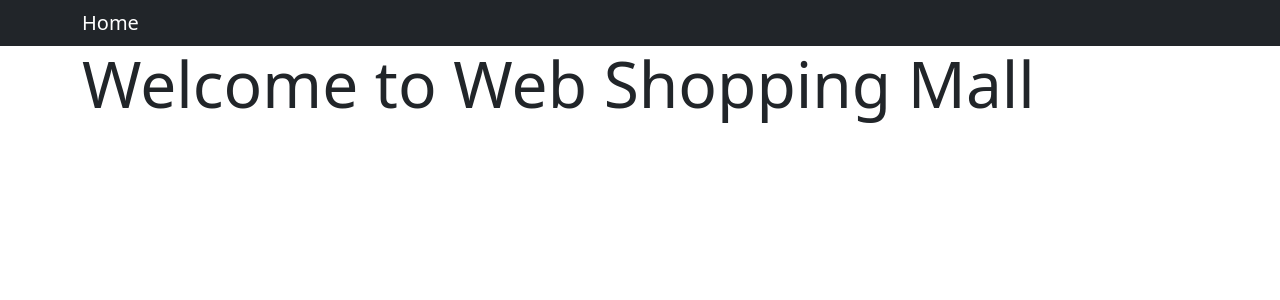
Repository: CheolHo-0428/JSP-Web-Programming
Page: http://localhost/WebMarket/welcome.jsp
These files come from the project's save history. The page is drawn as it stood at one moment and after the next save; the edit follows.
The browser window is 1280 px wide. The pictures show the whole page.
The page is served by Tomcat 9. Other server files are loaded and not shown.

Above is the page before, as saved 2021-05-06 14:46:05.

### WebMarket/src/main/webapp/welcome.jsp
<%@ page language="java" contentType="text/html; charset=UTF-8"
    pageEncoding="UTF-8"%>
<!DOCTYPE html>
<html>
<head>
<meta charset="UTF-8">
<title>Welcome</title>
</head>
<!-- Bootstrap CSS -->
    <link href="https://cdn.jsdelivr.net/npm/bootstrap@5.0.0/dist/css/bootstrap.min.css"
    	rel="stylesheet">
<body>
	<nav class="navbar navbar-expand navbar-dark bg-dark">
		<div class="container">
			<div class = "navbar-header">
				<a class = "navbar-brand" href="./welcome.jsp">Home</a>
			</div>
		</div>
	</nav>
	<%
		String greeting = "Welcome to Web Shopping Mall";
		String tagline = "Welcome to Web Market!";
	%>
	<div class = "jumbotron">
		<div class = "container">
			<h1 class = "display-3">
				<%= greeting %>
			</h1>
		</div>
	</div>


</body>
</html>

After the next save:
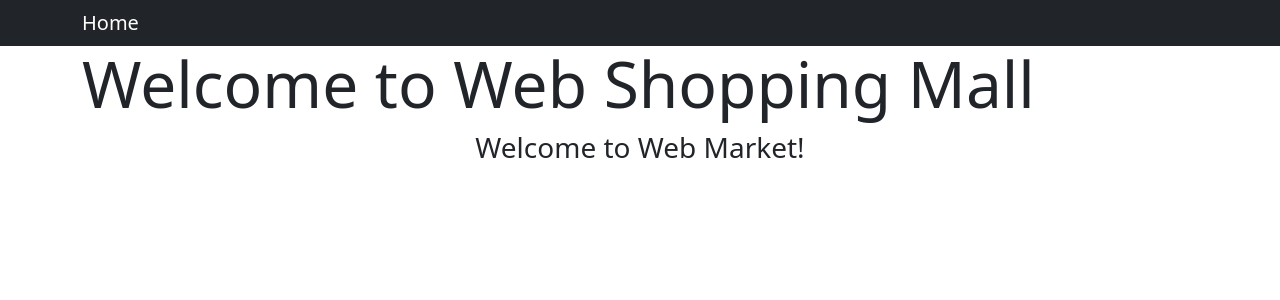
Saved 52 s later.
--- a/WebMarket/src/main/webapp/welcome.jsp
+++ b/WebMarket/src/main/webapp/welcome.jsp
@@ -28,7 +28,11 @@
 			</h1>
 		</div>
 	</div>
-
+	<div class = "container">
+		<div class = "text-center">
+			<h3><%= tagline %></h3>
+		</div>
+	</div>
 
 </body>
 </html>
